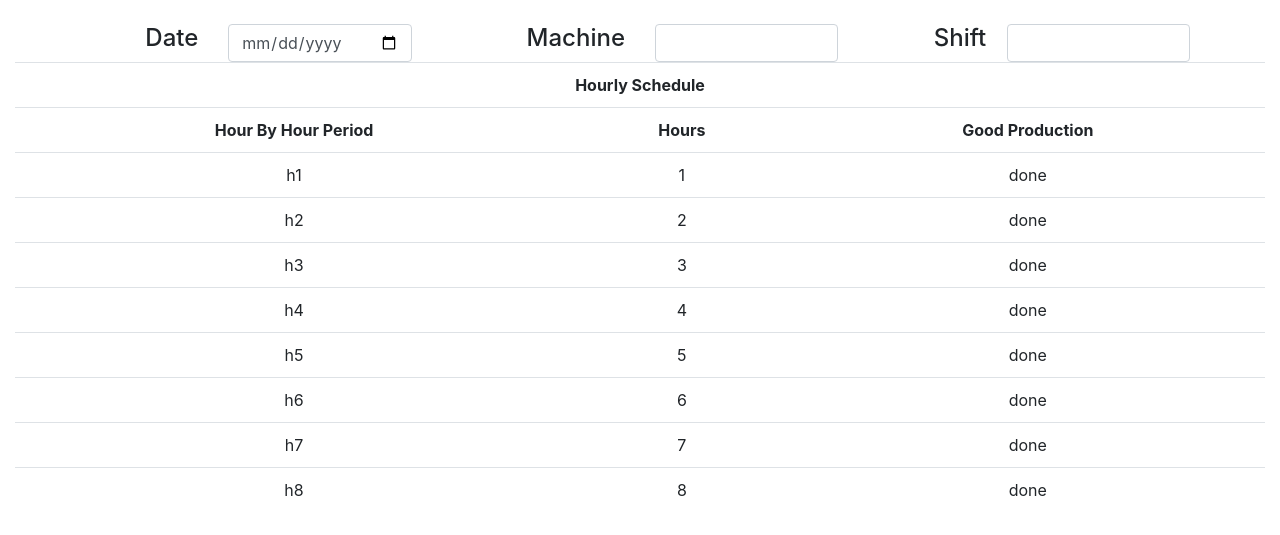
Repository: hisamit97/TVS-Locas
Page: index.html
These files come from the project's save history. The page is drawn as it stood at one moment and after the next save; the edit follows.
The browser window is 1280 px wide. The pictures show the whole page.

Above is the page before, as saved 2020-11-30 18:47:12.

### index.html
<html>

<head>
    <title>TVS LoCas</title>
    <link rel="stylesheet" href="https://cdn.jsdelivr.net/npm/bootstrap@4.5.3/dist/css/bootstrap.min.css" integrity="sha384-TX8t27EcRE3e/ihU7zmQxVncDAy5uIKz4rEkgIXeMed4M0jlfIDPvg6uqKI2xXr2" crossorigin="anonymous">

<!-- jQuery and JS bundle w/ Popper.js -->
<script src="https://code.jquery.com/jquery-3.5.1.slim.min.js" integrity="sha384-DfXdz2htPH0lsSSs5nCTpuj/zy4C+OGpamoFVy38MVBnE+IbbVYUew+OrCXaRkfj" crossorigin="anonymous"></script>
<script src="https://cdn.jsdelivr.net/npm/bootstrap@4.5.3/dist/js/bootstrap.bundle.min.js" integrity="sha384-ho+j7jyWK8fNQe+A12Hb8AhRq26LrZ/JpcUGGOn+Y7RsweNrtN/tE3MoK7ZeZDyx" crossorigin="anonymous"></script>
</head>
<body>
    <div class="container-fluid">
        <div class="row">
            <div class="col-md-4"></div>
            <div class="col-md-4"></div>
            <div class="col-md-4"></div>
        </div>
        <br>
        <div class="row" >
            <div class="col-md-4">
                <div class="row">
                    <div class="col-md-6 text-right"><h4>Date</h4></div>
                    <div class="col-md-6"><input type="date" class="form-control mr-3"></div>
                </div>
            </div>
            <div class="col-md-4">
                <div class="row">
                    <div class="col-md-6 text-right" ><h4>Machine</h4></div>
                    <div class="col-md-6"><input type="text" class="form-control"></div>
                </div>
            </div>
            <div class="col-md-4">
                <div class="row">
                    <div class="col-md-6 text-center"><h4>Shift</h4></div>
                    <div class="col-md-6" style="margin-left: -75px;"><input type="text" class="form-control"></div>
                </div>
            </div>
        </div>
        <div class="row">
            <div class="col-md-12">
                <table class="table">
                   <tr style="text-align: center;">
                       <th colspan="3">Hourly Schedule</th>
                   </tr>
                   <tr style="text-align: center;">
                       <th>Hour By Hour Period</th>
                       <th>Hours</th>
                       <th>Good Production</th>
                    </tr>
                    <tr style="text-align: center;">
                        <td>h1</td>
                        <td>1</td>
                        <td>done</td>
                    </tr>
                    <tr style="text-align: center;">
                        <td>h2</td>
                        <td>2</td>
                        <td>done</td>
                    </tr>
                    <tr style="text-align: center;">
                        <td>h3</td>
                        <td>3</td>
                        <td>done</td>
                    </tr>
                    <tr style="text-align: center;">
                        <td>h4</td>
                        <td>4</td>
                        <td>done</td>
                    </tr>
                    <tr style="text-align: center;">
                        <td>h5</td>
                        <td>5</td>
                        <td>done</td>
                    </tr>
                    <tr style="text-align: center;">
                        <td>h6</td>
                        <td>6</td>
                        <td>done</td>
                    </tr>
                    <tr style="text-align: center;">
                        <td>h7</td>
                        <td>7</td>
                        <td>done</td>
                    </tr>
                    <tr style="text-align: center;">
                        <td>h8</td>
                        <td>8</td>
                        <td>done</td>
                    </tr>
                </table>
            </div>
        </div>
    </div>
</body>
</html>

After the next save:
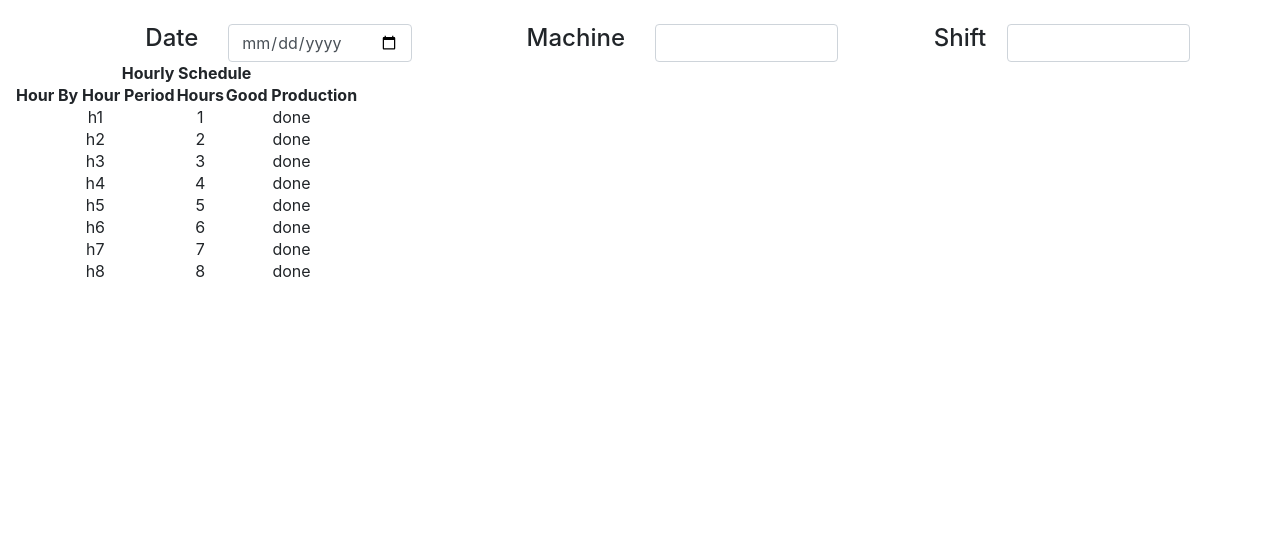
Saved 36 s later.
--- a/index.html
+++ b/index.html
@@ -38,7 +38,7 @@
         </div>
         <div class="row">
             <div class="col-md-12">
-                <table class="table">
+                <table>
                    <tr style="text-align: center;">
                        <th colspan="3">Hourly Schedule</th>
                    </tr>
